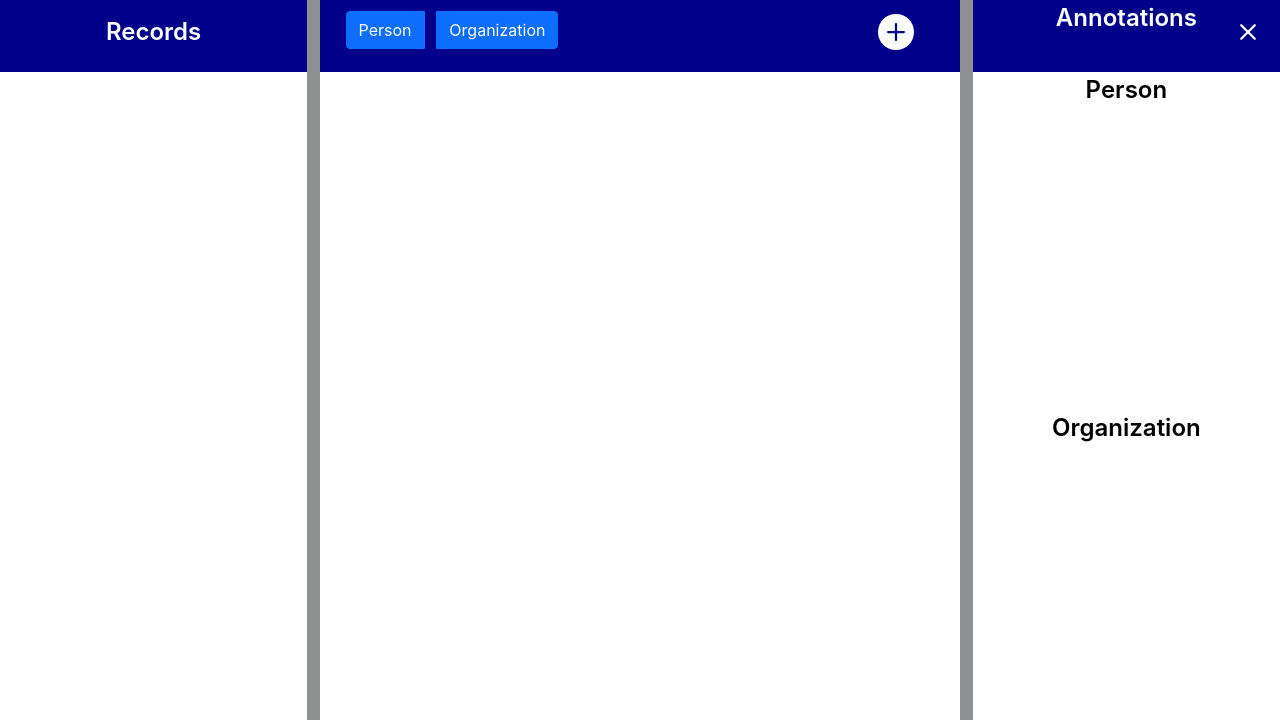
Repository: napan24/classforma_assignment
Page: / (app in client/)
The author's editor kept a copy of each file at every save. The page is drawn from the files as they stood at one save, then again after the next save.
The browser window is 1280 px wide. The pictures show the whole page.
The project was rebuilt for these pictures with package versions that can differ from the ones it lists, and the page was loaded fresh each time. Also part of the build but not shown: client/src/App.css.

Above is the page before, as saved 2022-07-20 17:33:38.

After the next save:
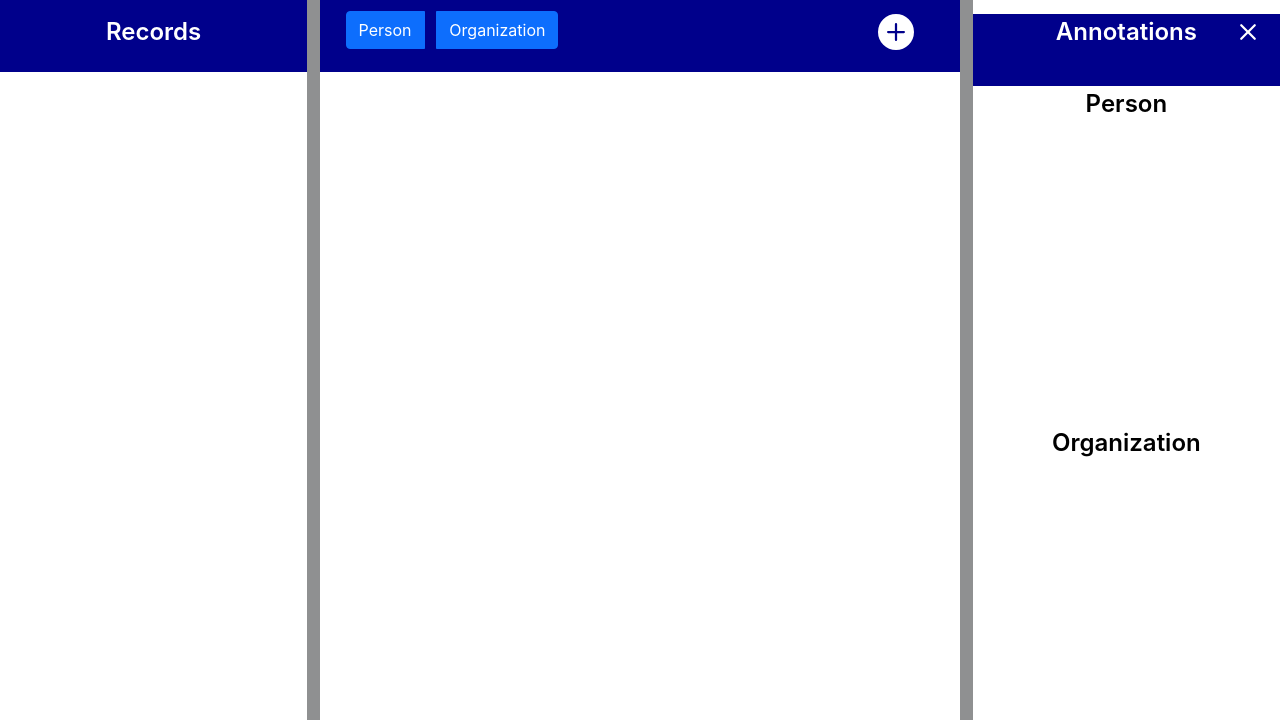
Saved 42 s later.
--- a/client/src/Home.js
+++ b/client/src/Home.js
@@ -103,7 +103,7 @@ const Home = () => {
                 </div>
                 <div style={{ width: "24vw", height: "100vh", backgroundColor: "white" }}>
                     <div style={{ width: "24vw", height: "10vh", backgroundColor: "#00008b", textAlign: 'center', fontSize: '150%', color: "white", fontWeight: "600" }}>
-                        <p>
+                        <p style={{marginTop:"2vh"}}>
                             Annotations
                         </p>
                     </div>
